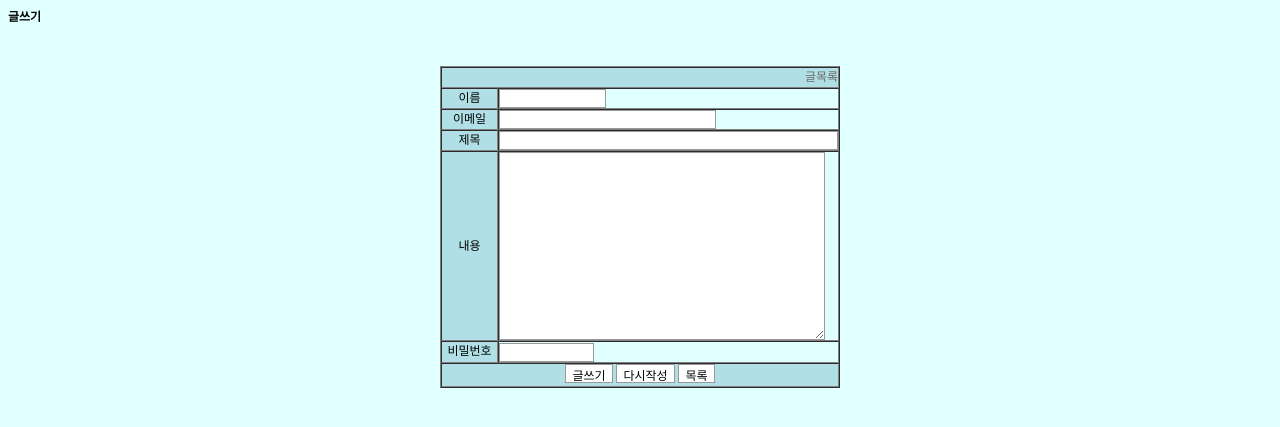
Repository: DynamicRD/jsp_Study
Page: http://localhost/jspStudy/boardone/writeForm.jsp
These files come from the project's save history. The page is drawn as it stood at one moment and after a run of saves; the edit follows.
The browser window is 1280 px wide. The pictures show the whole page.
The page is served by Tomcat 9.

Above is the page before, as saved 2024-12-13 00:29:30.

After the next 2 saves:
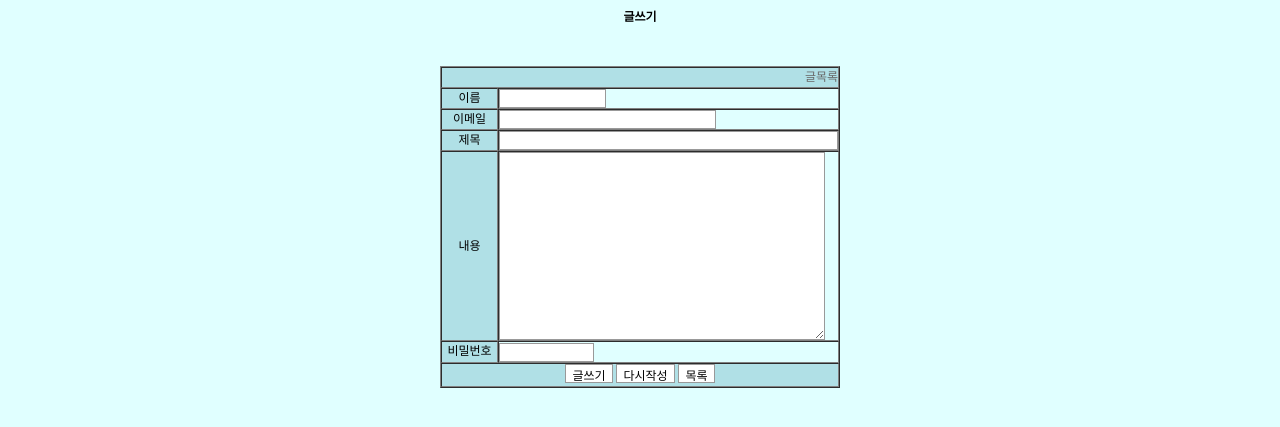
The 2 saves are shown as one change because they came seconds apart.
The last was saved 28 s later.
--- a/jspStudy/src/main/webapp/boardone/style.css
+++ b/jspStudy/src/main/webapp/boardone/style.css
@@ -32,6 +32,15 @@ COLOR: BLACK; BORDER-BOTTOM: 1px solid #999999;
 FONT-FAMILY: 굴림,verdana; HEIGHT: 19px;
 BACKGROUND-COLOR: white
 }
+main{
+	width: 80%;
+	margin : 0 auto;
+	display : flex;
+	flex-direction: column;
+	flex-wrap : wrap;
+	justify-content: center;
+	align-content: center;
+}
 A:link {text-decoration:none;color:#696969}
 A:hover{text-decoration:yes;color:#66CCFF}
 A:visited {text-decoration:none;color:#330066}
